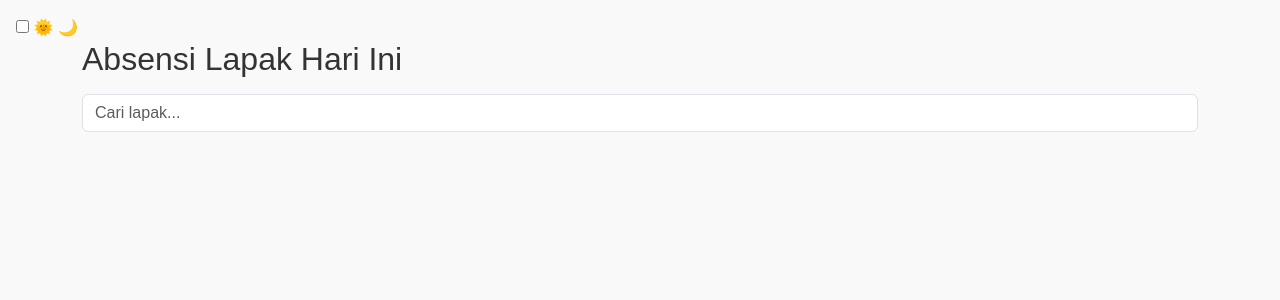
Repository: pasarrakyatbak/absensi
Page: index.html
The author's editor kept a copy of each file at every save. The page is drawn from the files as they stood at one save, then again after a run of saves.
The browser window is 1280 px wide. The pictures show the whole page.

Above is the page before, as saved 2025-09-22 00:44:05.
Console error: TypeError: Cannot read properties of null (reading 'addEventListener')

### index.html
<!DOCTYPE html>
<html lang="id">

<head>
    <meta charset="UTF-8">
    <meta name="viewport" content="width=device-width, initial-scale=1.0">
    <title>Absensi Lapak</title>
    <link href="https://cdn.jsdelivr.net/npm/bootstrap@5.3.2/dist/css/bootstrap.min.css" rel="stylesheet">
    <link rel="stylesheet" href="style.css">
</head>

<body class="p-3">
    <div class="dark-toggle">
        <input type="checkbox" id="darkSwitch">
        <label for="darkSwitch" class="toggle-label">
            <span class="toggle-icon">🌞</span>
            <span class="toggle-ball"></span>
            <span class="toggle-icon">🌙</span>
        </label>
    </div>


    <div class="container">
        <h2 class="mb-3">Absensi Lapak Hari Ini</h2>
        <input type="text" id="searchInput" class="form-control mb-3" placeholder="Cari lapak...">
        <div class="row" id="lapakContainer"></div>
    </div>

    <!-- Modal Absensi -->
    <div id="absensiModal" class="modal-overlay">
        <div class="modal-content">
            <p id="absensiInfo"></p>
            <button class="btn btn-success" id="modalAbsenBtn">Absen Sekarang</button>
            <button class="btn btn-secondary" onclick="closeAbsensiModal()">Tutup</button>
        </div>
    </div>

    <!-- Loader -->
    <div id="absensiLoading" class="d-none">
        <div class="loader-content text-center">
            <div class="spinner-border text-light" role="status" style="width:3rem;height:3rem;"></div>
            <p id="absensiLoadingText" class="text-white mt-2">Sedang memproses...</p>
        </div>
    </div>

    <script src="script.js"></script>
</body>

</html>

### style.css
body {
    background: #f9f9f9;
    font-family: 'Poppins', sans-serif;
    color: #333;
    transition: background 0.3s ease, color 0.3s ease;
}

body.dark {
    background: #121212;
    color: #f1f1f1;
}

/* Card umum */
.lapak-card {
    cursor: pointer;
    transition: transform 0.2s ease, box-shadow 0.2s ease, background 0.3s ease, border 0.3s ease;
    border-radius: 12px;
}

/* Hover effect */
.lapak-card:hover {
    transform: translateY(-4px);
    box-shadow: 0 6px 18px rgba(0, 0, 0, 0.3);
}

.lapak-card.disabled {
    pointer-events: none;
    opacity: 0.6;
}

/* Modal */
#absensiModal {
    display: none;
    position: fixed;
    top: 0;
    left: 0;
    width: 100%;
    height: 100%;
    background: rgba(0, 0, 0, 0.6);
    justify-content: center;
    align-items: center;
    z-index: 1050;
}

#absensiModal .modal-content {
    background: #fff;
    padding: 1.5rem;
    border-radius: 12px;
    text-align: center;
    max-width: 400px;
    width: 90%;
    transition: background 0.3s ease, color 0.3s ease;
}

body.dark #absensiModal .modal-content {
    background: #1e1e1e;
    color: #f1f1f1;
}

/* Loader */
#absensiLoading {
    position: fixed;
    top: 0;
    left: 0;
    width: 100%;
    height: 100%;
    background: rgba(0, 0, 0, 0.7);
    justify-content: center;
    align-items: center;
    z-index: 2000;
}

/* Sudah hadir */
.lapak-card.hadir {
    background: #d4edda;
    border: 1px solid #c3e6cb;
    color: #155724;
}

body.dark .lapak-card.hadir {
    background: #d4edda;
    border: 1px solid #c3e6cb;
    color: #155724;
}

/* Belum hadir */
.lapak-card.belum {
    background: #ffffff;
    border: 1px solid #ddd;
}

body.dark .lapak-card.belum {
    background: #1e1e1e;
    border: 1px solid #444;
}

### script.js
const API_URL = "https://script.google.com/macros/s/AKfycby4z2qZ24SrJkcyGpybH29lSUC_3_z1LG-7wSmTzpaOEXrwjXf0Cl3hqkg95qAxPj1-/exec";
let lapakData = [];
let currentLapakId = null;

// Cek hari
const isSunday = new Date().getDay() === 0; // 0 = Minggu

// Loader
function showAbsensiLoading(show, text = "Sedang menyimpan data...") {
    const loader = document.getElementById("absensiLoading");
    const loadingText = document.getElementById("absensiLoadingText");
    if (!loader || !loadingText) return;

    if (show) {
        loader.classList.remove("d-none");
        loader.classList.add("d-flex");
    } else {
        loader.classList.remove("d-flex");
        loader.classList.add("d-none");
    }
    loadingText.textContent = text;
}

// Load semua lapak
async function loadLapak() {
    showAbsensiLoading(true, "Sedang memuat data lapak...");

    try {
        const res = await fetch(API_URL + "?action=listLapak");
        const json = await res.json();

        console.log("DEBUG JSON:", json); // cek struktur data

        if (!json.success) {
            document.getElementById("lapakContainer").innerHTML =
                `<p class="text-center text-danger">Gagal load data: ${json.message}</p>`;
            showAbsensiLoading(false);
            return;
        }

        lapakData = json.data.map(lapak => ({
            noLapak: lapak.no || "-",
            nama: lapak.nama || "Tanpa Nama",
            statusAbsensi: lapak.statusAbsensi || ""
        }));


        renderLapak(lapakData);
        showAbsensiLoading(false);

    } catch (err) {
        document.getElementById("lapakContainer").innerHTML =
            `<p class="text-center text-danger">Error loadLapak: ${err}</p>`;
        showAbsensiLoading(false);
    }
}

// Render lapak
function renderLapak(data) {
    const container = document.getElementById("lapakContainer");
    container.innerHTML = "";

    if (data.length === 0) {
        container.innerHTML = `<p class="text-center">Tidak ada data lapak.</p>`;
        return;
    }

    data.forEach(lapak => {
        const statusHadir = (lapak.statusAbsensi || "").includes("✅");

        const card = document.createElement("div");
        card.className = "col-md-4 col-sm-6 mb-3";
        card.innerHTML = `
    <div class="card lapak-card shadow-sm ${statusHadir ? 'hadir' : 'belum'} ${statusHadir ? 'disabled' : ''}"
         data-no-lapak="${lapak.noLapak}" data-nama-lapak="${lapak.nama}">
        <div class="card-body text-center">
            <h5 class="card-title">Lapak ${lapak.noLapak}</h5>
            <p class="card-text">${lapak.nama}</p>
            <p class="status-text ${statusHadir ? 'text-success' : 'text-danger'}">
                ${statusHadir ? "✅ Hadir" : "❌ Belum"}
            </p>
        </div>
    </div>
`;


        const cardEl = card.querySelector(".lapak-card");

        if (!statusHadir && cardEl) {
            if (isSunday) {
                cardEl.addEventListener("click", () => openAbsensiModal(lapak.noLapak, lapak.nama));
                cardEl.addEventListener("dblclick", () => absenLapak(lapak.noLapak));
            } else {
                cardEl.style.cursor = "not-allowed";
            }
        }

        container.appendChild(card);
    });
}

// Modal
function openAbsensiModal(lapakId, lapakName) {
    const modal = document.getElementById("absensiModal");
    const info = document.getElementById("absensiInfo");
    currentLapakId = lapakId;
    if (info) info.textContent = `Absensi untuk Lapak ${lapakId} - ${lapakName}`;
    modal.style.display = "flex";
}
function closeAbsensiModal() {
    const modal = document.getElementById("absensiModal");
    if (modal) modal.style.display = "none";
}

// Absen dari modal
document.getElementById("modalAbsenBtn").addEventListener("click", () => {
    if (currentLapakId) absenLapak(currentLapakId);
    closeAbsensiModal();
});

// Absen ke server
async function absenLapak(noLapak) {
    if (!isSunday) {
        alert("❌ Absensi hanya bisa dilakukan hari Minggu.");
        return;
    }

    showAbsensiLoading(true, "Menyimpan absensi...");

    const card = document.querySelector(`.lapak-card[data-no-lapak="${noLapak}"]`);
    if (!card) {
        showAbsensiLoading(false);
        return;
    }
    const statusText = card.querySelector(".status-text");

    const oldText = statusText.textContent;
    const oldClass = statusText.className;

    // update UI sementara
    statusText.textContent = "✅ Hadir";
    statusText.classList.remove("text-danger");
    statusText.classList.add("text-success");
    card.classList.add("disabled");

    try {
        const res = await fetch(API_URL, {
            method: "POST",
            headers: { "Content-Type": "application/x-www-form-urlencoded" },
            body: new URLSearchParams({
                action: "absen",
                noLapak,
                password: "panitia123"
            })
        });
        const json = await res.json();

        if (!json.success) {
            // rollback kalau gagal
            statusText.textContent = oldText;
            statusText.className = oldClass;
            card.classList.remove("disabled");
            alert(json.message || "❌ Gagal menyimpan absensi.");
        } else {
            const lapakIndex = lapakData.findIndex(l => String(l.noLapak) === String(noLapak));
            if (lapakIndex > -1) {
                lapakData[lapakIndex].statusAbsensi = "✅ Hadir";
                renderLapak(lapakData);
            }
        }
    } catch (err) {
        statusText.textContent = oldText;
        statusText.className = oldClass;
        card.classList.remove("disabled");
        alert("❌ Gagal menyimpan absensi.");
    }

    showAbsensiLoading(false);
}

// Search filter
document.getElementById("searchInput").addEventListener("input", (e) => {
    const keyword = e.target.value.toLowerCase();
    const filtered = lapakData.filter(l =>
        l.noLapak.toString().toLowerCase().includes(keyword) ||
        l.nama.toLowerCase().includes(keyword)
    );
    renderLapak(filtered);
});
document.getElementById("toggleDarkMode").addEventListener("click", () => {
    document.body.classList.toggle("dark");
    localStorage.setItem("darkMode", document.body.classList.contains("dark"));
});

// biar ingat preferensi user
if (localStorage.getItem("darkMode") === "true") {
    document.body.classList.add("dark");
}

// Load pertama kali
loadLapak();

After the next 2 saves:
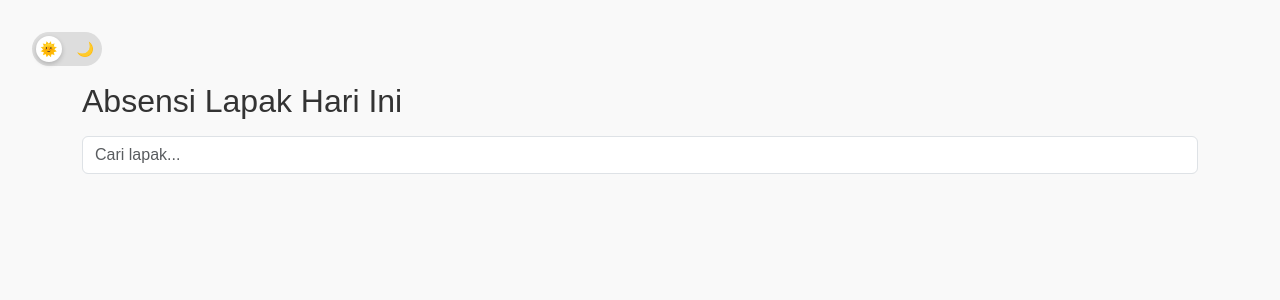
The 2 saves are shown as one change because they came seconds apart.
The last was saved 20 s later.
--- a/style.css
+++ b/style.css
@@ -93,3 +93,59 @@ body.dark .lapak-card.belum {
     background: #1e1e1e;
     border: 1px solid #444;
 }
+
+/* Toggle wrapper */
+.dark-toggle {
+    display: flex;
+    justify-content: flex-start;
+    align-items: center;
+    margin: 1rem;
+}
+
+/* Hidden checkbox */
+.dark-toggle input {
+    display: none;
+}
+
+/* Label sebagai saklar */
+.toggle-label {
+    background: #ddd;
+    border-radius: 50px;
+    cursor: pointer;
+    display: flex;
+    align-items: center;
+    justify-content: space-between;
+    width: 70px;
+    height: 34px;
+    position: relative;
+    transition: background 0.3s ease;
+    padding: 0 8px;
+    font-size: 14px;
+}
+
+/* Bulatan */
+.toggle-ball {
+    position: absolute;
+    top: 4px;
+    left: 4px;
+    width: 26px;
+    height: 26px;
+    background: #fff;
+    border-radius: 50%;
+    transition: transform 0.3s ease;
+    box-shadow: 0 2px 5px rgba(0, 0, 0, 0.2);
+}
+
+/* Ikon matahari 🌞 dan bulan 🌙 */
+.toggle-icon {
+    z-index: 2;
+}
+
+/* Aktif (dark mode) */
+.dark-toggle input:checked+.toggle-label {
+    background: #444;
+}
+
+.dark-toggle input:checked+.toggle-label .toggle-ball {
+    transform: translateX(36px);
+}
